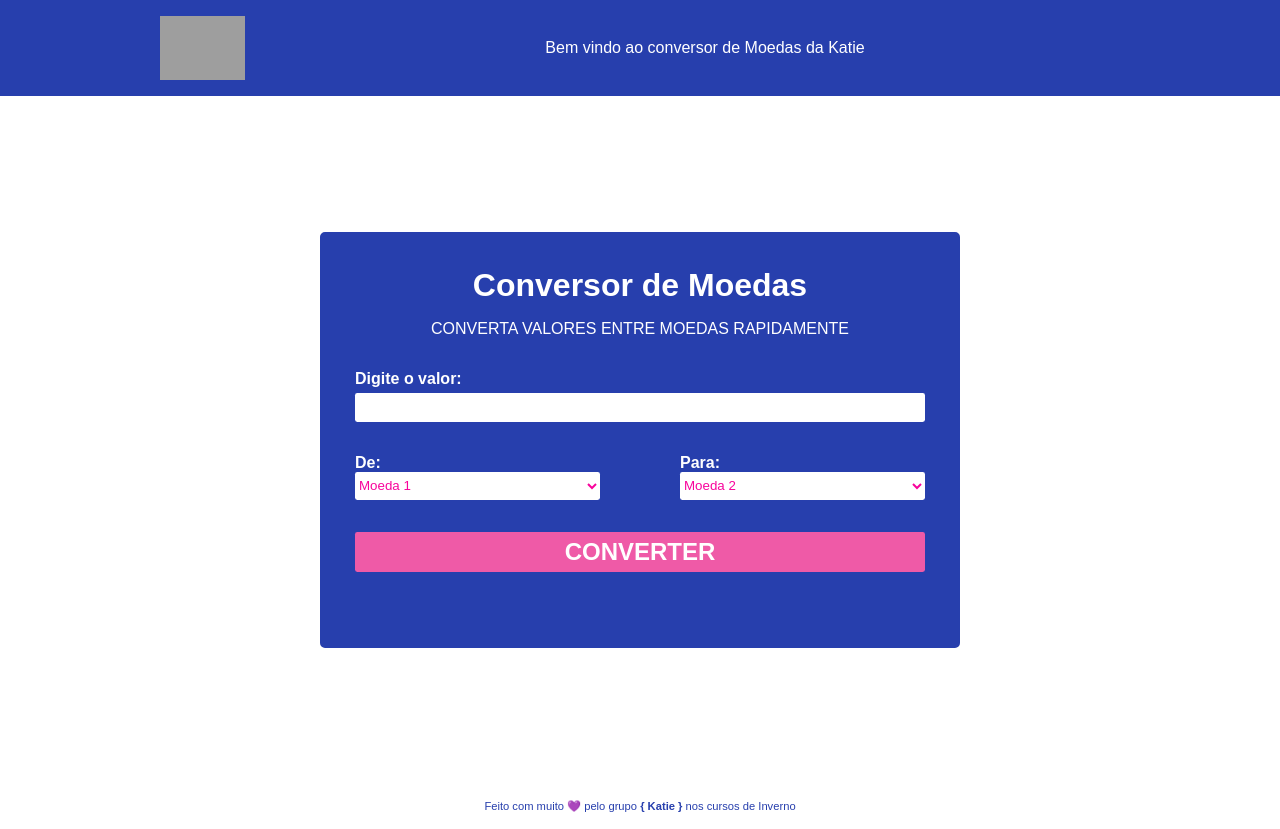
Repository: willamesalmeida/Conversor-de-Moedas
Page: index.html
The author's editor kept a copy of each file at every save. The page is drawn from the files as they stood at one save, then again after the next save.
The browser window is 1280 px wide. The pictures show the whole page.
Pictures or frames that could not be fetched are drawn as grey boxes.

Above is the page before, as saved 2022-08-07 14:32:14.

### index.html
<!DOCTYPE html>
<html lang="pt-br">
<head>
    <meta charset="UTF-8" />
    <meta name="viewport" content="width=device-width, initial-scale=1.0">
    <link rel="stylesheet" href="./global.css">
    <link rel="stylesheet" href="./styles.css">
    <title>Conversor de moedas KATIE</title>
</head>
<body>
    <script src="script.js"></script>

    <header class="cabecalho">
        <img class="gif-katie" src="https://ic.ufal.br/extensao/katie/resources/logoanim.gif"/>
        <p class="saudacao">Bem vindo ao conversor de Moedas da Katie</p>
    </header>
    <main class="container">
        <section class="card">
            <header>
                <h2 class="titulo">Conversor de Moedas</h2>
                CONVERTA VALORES ENTRE MOEDAS RAPIDAMENTE
            </header>

            <section class="valor">
                <label>Digite o valor:</label>
                <input type="number" id="valor_inicial">
            </section>

            <section class="conversao">
                <div  class="converter-de">
                    <label>De:</label>
                    <select name="moedasde" id="moedasde">
                        <option value="de">Moeda 1</option>
                        <option value="USD">Dolar</option>
                        <option value="BRL">Real</option>
                        <option value="EUR">Euro</option>
                      </select>
                </div>

                <div class="converter-para">
                    <label>Para:</label>
                    <select name="moedaspara" id="moedaspara">
                        <option value="para">Moeda 2</option>
                        <option value="USD">Dolar</option>
                        <option value="BRL">Real</option>
                        <option value="EUR">Euro</option>
                      </select>
                </div>

            </section>
            <button type="submit" onclick="Converter()">CONVERTER</button>

            <span id="resultado" class="resultado"></span>

        </section>

    </main>

    <footer>
        Feito com muito &#128156 pelo grupo <strong>{ Katie }</strong> nos cursos de Inverno
    </footer>


</body>
</html>

### global.css
@import url('https://fonts.googleapis.com/css2?family=Roboto+Flex:opsz,wght@8..144,400;8..144,500&family=Roboto:ital,wght@0,100;0,300;0,400;0,500;0,700;0,900;1,100;1,300;1,400;1,500;1,700;1,900&display=swap');
:root {
  --rosa-katie: #f8049c;
  --amarelo-katie: #fdd54f;
  --cinza-katie: #1f1f24;
  --rosa-claro: #EF5AA7;
  --branco:  #ffffff;
  --blue: #273fad;
}

* {
  margin: 0;
  padding: 0;
  box-sizing: border-box;
}

body {
  font-family: 'Roboto ', sans-serif;
  font-family: 'Roboto Flex ', sans-serif;
  color: #ffffff;
}

### styles.css
.cabecalho {
  background: var(--blue);
  padding: 1rem 0;
}

.gif-katie {
  margin-left: 10rem;
  height: 4rem;
}
.cabecalho{
  display: flex;
  align-items: center;
}

.saudacao {
  text-align: center;
  padding-left: 300px;
}

.container {
  padding: 2.5rem 1rem;
}

.card {
  background: var(--blue);
  width: 40rem;
  height: 26rem;
  border: 3px solid var(--blue);
  border-radius: 5px;
  padding: 2rem;
  margin: 6rem auto;
}

header h2 {
  font-size: 2rem;
}

.titulo {
  margin-bottom: 1rem;
}

.card header {
  text-align: center;
}

.valor {
  margin: 2rem 0;
  display: flex;
  flex-direction: column;
}

label {
  font-size: 1rem;
  font-weight: bold;
  margin-bottom: 0.3rem;
}

input,
select {
  border: none;
  border-radius: 0.15rem;
  height: 1.8rem;
  width: 100%;
  background: var(--branco);
  color: var(--rosa-katie)
}

input {
    padding: 0.8rem;
}

.conversao {
    width: 100%;
    margin: 2rem 0;
    display: flex;
    flex-direction: row;
  }

.converter-de,
.converter-para {
  width: 100%;
}

.converter-de {
  margin-right: 2.5rem;
}

.converter-para {
  margin-left: 2.5rem;
}

button {
  background: var(--rosa-claro);
  border: none;
  border-radius: 0.15rem;
  width: 100%;
  height: 2.5rem;
  cursor: pointer;
  color: var(--branco);
  font-weight: bold;
  font-size: 1.5rem;
  transition: 0.5s;
  margin-bottom: 1rem;
}

#resultado {
    font-weight: bold;
    color: var(--amarelo-katie);
    font-size: 1.5rem;
    text-align: center;
}

button:hover {
  filter: brightness(0.8);
}

footer {
    margin: 1rem 0;
    color: var(--blue);
    font-size: 0.70rem;
    text-align: center;
}

### script.js
function Converter() {
  let input = parseFloat(document.getElementById("valor_inicial").value);
  let output = document.getElementById("resultado");
  let de = document.getElementById("moedasde");
  let para = document.getElementById("moedaspara");

  console.log(de.value);

  //Reais
  if (de.value == "BRL" && para.value != "Moeda 2") {
    let valorEmReais = input;
    let valor;
    if (para.value == "BRL") {
      valor = "O valor em reais é: R$" + valorEmReais.toFixed(2);
    } else if (para.value == "EUR") {
      valor = "O valor em euros é: €" + (valorEmReais * 0.1885).toFixed(2);
    } else if (para.value == "USD") {
      valor = "O valor em dólar é: $" + (valorEmReais * 0.1917).toFixed(2);
    }
    output.innerHTML = valor;
  } else if (de.value == "EUR" && para.value != "Moeda 2") {
    let valorEmEuros = input;
    let valor;

    if (para.value == "EUR") {
      valor = "O valor em euros é: €" + valorEmEuros.toFixed(2);
    } else if (para.value == "USD") {
      valor = "O valor em dólar é: $" + (valorEmEuros * 1.0167).toFixed(2);
    } else if (para.value == "BRL") {
      valor = "O valor em reais é: R$" + (valorEmEuros * 5.303).toFixed(2);
    }
    output.innerHTML = valor;
  } else if (de.value == "USD" && para.value != "Moeda 2") {
    console.log("entrou no else is do dolar");
    let valorEmDolar = input;
    let valor;

    if (para.value == "USD") {
      valor = "O valor em dólar é: $" + valorEmDolar.toFixed(2);
    } else if (para.value == "BRL") {
      valor = "O valor em dólar é: R$" + (valorEmDolar * 5.2159).toFixed(2);
    } else if (para.value == "EUR") {
      valor = "O valor em dólar é: €" + (valorEmDolar * 0.9832).toFixed(2);
    }
    output.innerHTML = valor;
  } else {
    output.innerHTML = "";
  }
}

After the next save:
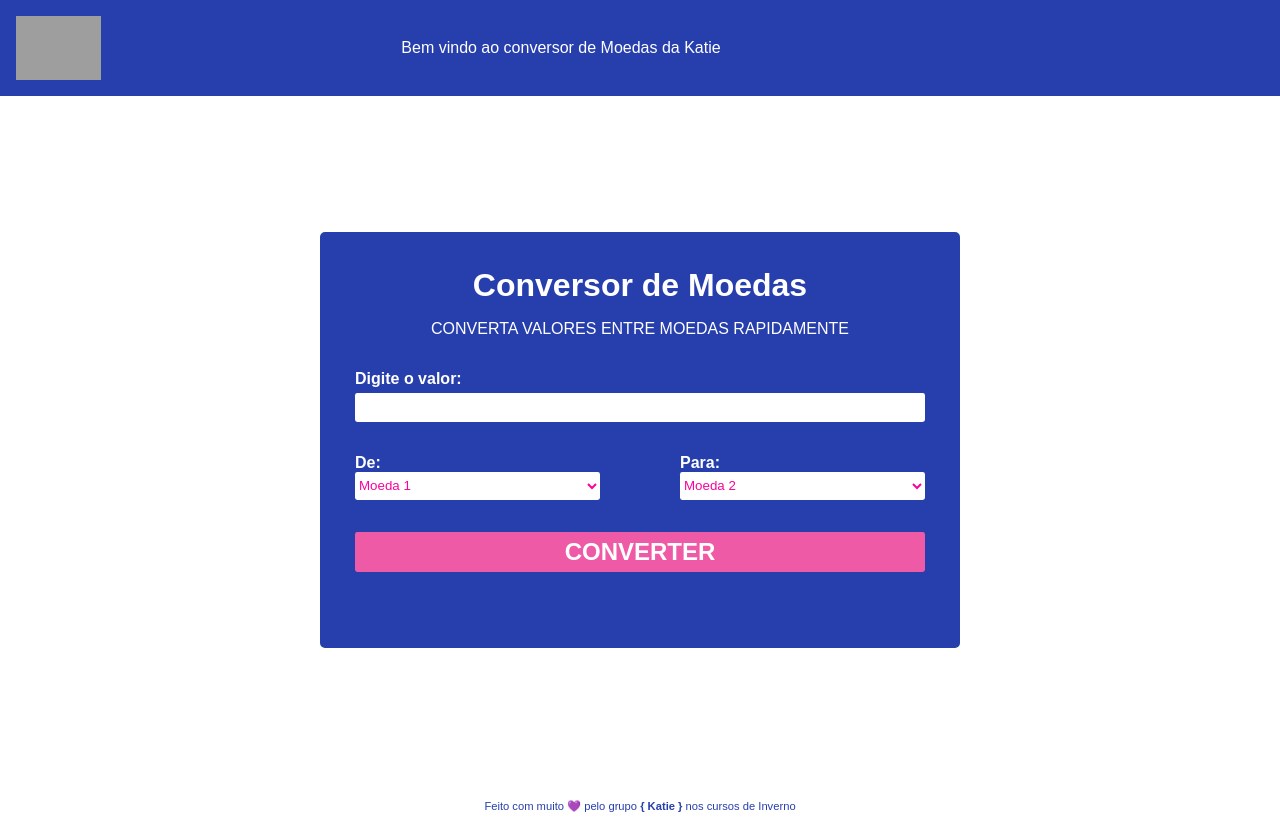
Saved 7 s later.
--- a/styles.css
+++ b/styles.css
@@ -4,7 +4,7 @@
 }
 
 .gif-katie {
-  margin-left: 10rem;
+  margin-left: 1rem;
   height: 4rem;
 }
 .cabecalho{
